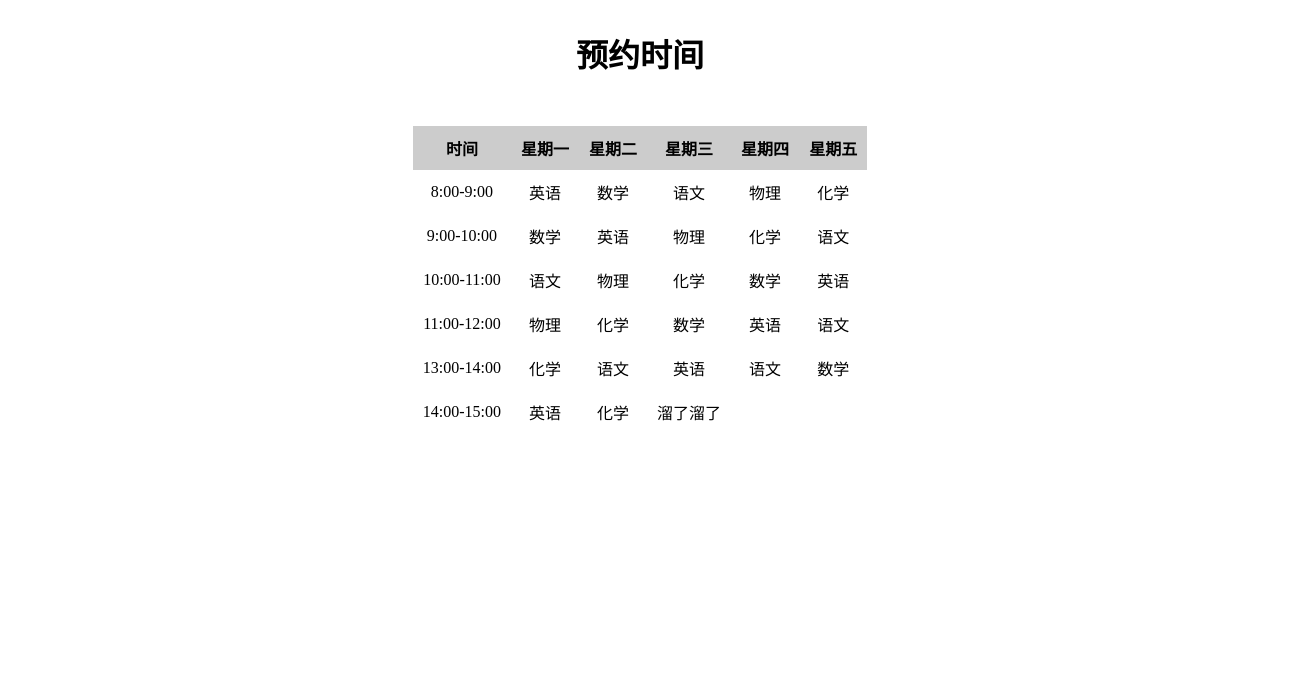
Repository: wupeng6666/Sports-Hall-Booking-System
Page: LearingDjango/app01/templates/kebiao.html
These files come from the project's save history. The page is drawn as it stood at one moment and after the next save; the edit follows.
The browser window is 1280 px wide. The page is 1280 px wide, then 1316 px, then 1280 px, so the pictures cover 1316 px, including what lies to the right of the window. The pictures show the whole page.
The template is drawn by Django 4.2. The application's start-up code is not run. Other server files are loaded and not shown. The template is opened directly, without the code that normally fills it, so the values that code supplies are empty.

Above is the page before, as saved 2023-05-28 01:39:34.

### LearingDjango/app01/templates/kebiao.html
<!DOCTYPE html>
<html lang="en">

<head>
    <meta charset="UTF-8">
    <title>课表</title>
</head>
<style>
    h1 {
        text-align: center;
        margin-top: 30px;
    }

    table {
        margin: 50px auto;
        border-collapse: collapse;
    }

    th {
        background-color: #ccc;
        font-weight: bold;
        padding: 10px;
    }

    td {
        text-align: center;
        padding: 10px;
    }

    .course {
        cursor: pointer;
        background-color: #fff;
    }

    .course:hover {
        background-color: #f7f7f7;
    }
</style>

<body>
    <h1>预约时间</h1>
    <table>
        <thead>
            <tr>
                <th>时间</th>
                <th>星期一</th>
                <th>星期二</th>
                <th>星期三</th>
                <th>星期四</th>
                <th>星期五</th>
            </tr>
        </thead>
        <tbody>
            <tr>
                <td>8:00-9:00</td>
                <td class="course" id="monday1">英语</td>
                <td class="course" id="tuesday1">数学</td>
                <td class="course" id="wednesday1">语文</td>
                <td class="course" id="thursday1">物理</td>
                <td class="course" id="friday1">化学</td>
            </tr>
            <tr>
                <td>9:00-10:00</td>
                <td class="course" id="monday2">数学</td>
                <td class="course" id="tuesday2">英语</td>
                <td class="course" id="wednesday2">物理</td>
                <td class="course" id="thursday2">化学</td>
                <td class="course" id="friday2">语文</td>
            </tr>
            <tr>
                <td>10:00-11:00</td>
                <td class="course" id="monday3">语文</td>
                <td class="course" id="tuesday3">物理</td>
                <td class="course" id="wednesday3">化学</td>
                <td class="course" id="thursday3">数学</td>
                <td class="course" id="friday3">英语</td>
            </tr>
            <tr>
                <td>11:00-12:00</td>
                <td class="course" id="monday4">物理</td>
                <td class="course" id="tuesday4">化学</td>
                <td class="course" id="wednesday4">数学</td>
                <td class="course" id="thursday4">英语</td>
                <td class="course" id="friday4">语文</td>
            </tr>
            <tr>
                <td>13:00-14:00</td>
                <td class="course" id="monday5">化学</td>
                <td class="course" id="tuesday5">语文</td>
                <td class="course" id="wednesday5">英语</td>
                <td class="course" id="thursday5">语文</td>
                <td class="course" id="friday5">数学</td>
            </tr>
            <tr>
                <td>14:00-15:00</td>
                <td class="course" id="monday6">英语</td>
                <td class="course" id="tuesday6">化学</td>
                <td class="course" id="wednesday6">溜了溜了</td>

                <script>
                    // 获取所有课程格子
                    var courses = document.querySelectorAll('.course');

                    // 遍历课程格子并添加点击事件
                    courses.forEach(function (course) {
                        course.addEventListener('click', function () {
                            var courseName = this.innerHTML;
                            alert('你点击了课程：' + courseName);
                        });
                    });
                </script>
</body>

After the next save:
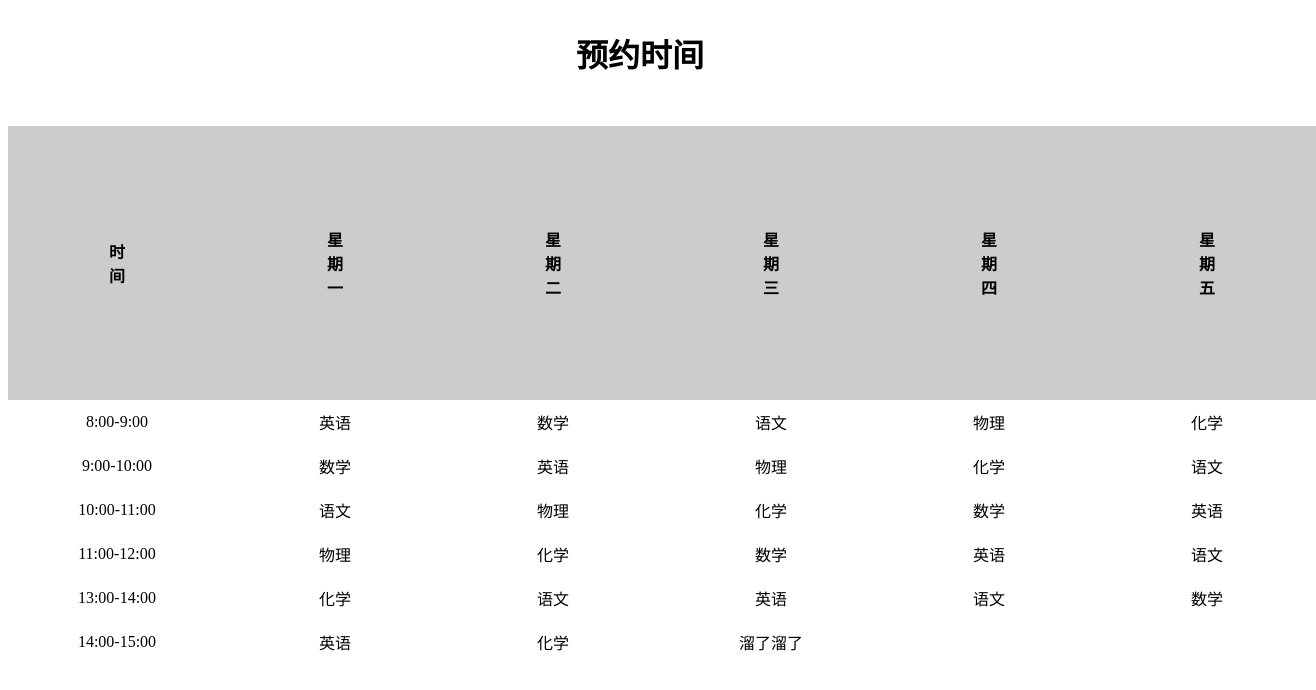
Saved 29 s later.
--- a/LearingDjango/app01/templates/kebiao.html
+++ b/LearingDjango/app01/templates/kebiao.html
@@ -19,7 +19,7 @@
     th {
         background-color: #ccc;
         font-weight: bold;
-        padding: 10px;
+        padding: 101px;
     }
 
     td {

After the save that followed:
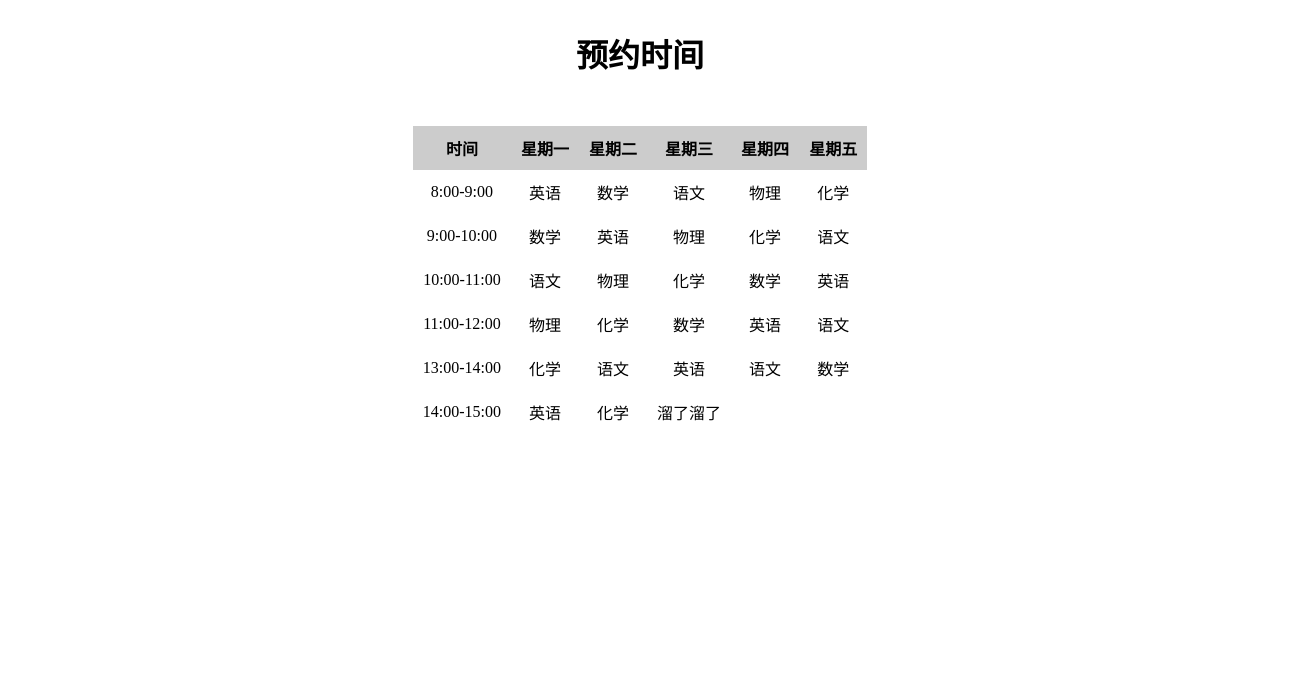
Saved 4 s later.
--- a/LearingDjango/app01/templates/kebiao.html
+++ b/LearingDjango/app01/templates/kebiao.html
@@ -19,7 +19,7 @@
     th {
         background-color: #ccc;
         font-weight: bold;
-        padding: 101px;
+        padding: 10px;
     }
 
     td {
